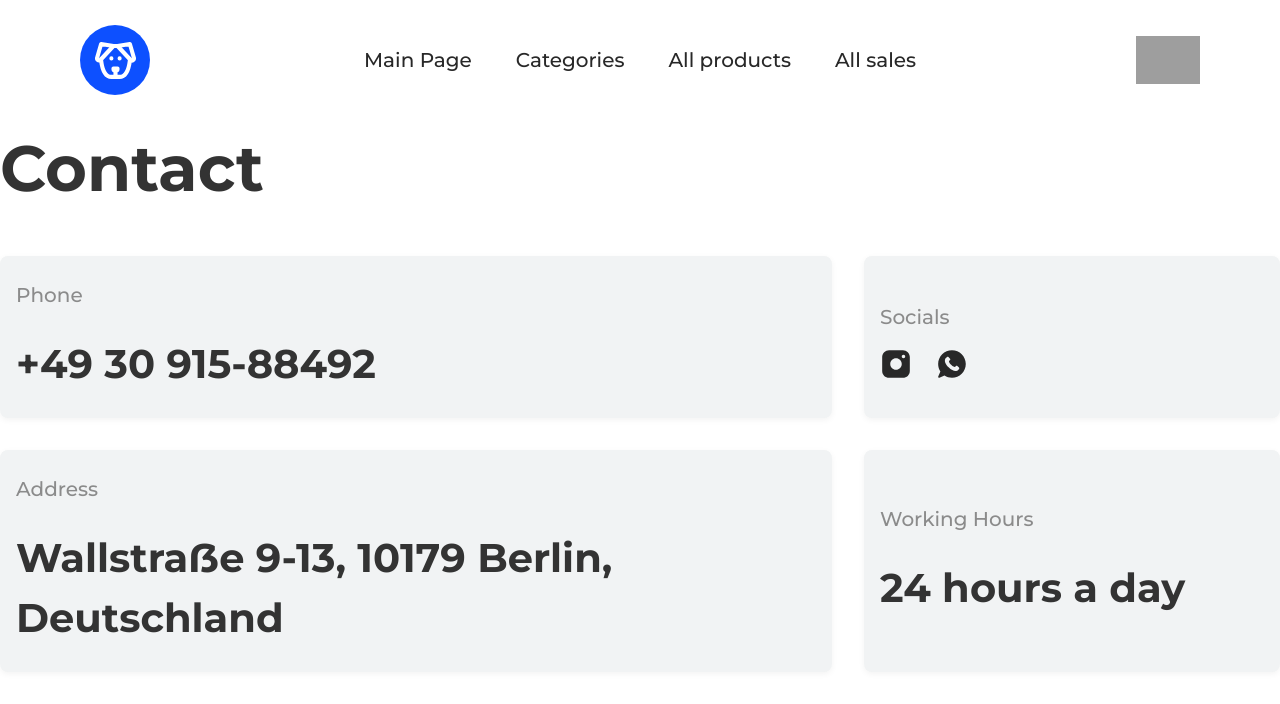
Repository: jursylian/PET-INTERNET-SHOP-PROJECT
Page: /categories
The author's editor kept a copy of each file at every save. The page is drawn from the files as they stood at one save, then again after the next save.
The browser window is 1280 px wide. The pictures show the part of the page from y = 0 to 704 px (the page is 1064 px tall before and 840 px after).
Pictures or frames that could not be fetched are drawn as grey boxes. The page's requests for data from a server got no answer. The project was rebuilt for these pictures with package versions that can differ from the ones it lists, and the page was loaded fresh each time. No one was signed in, and anything a server would have sent is missing. Also part of the build but not shown: vite.config.js, src/pages/Categories/Categories.module.css, src/pages/Categories/Categories.jsx, src/components/PromoBanner/PromoBanner.module.css, src/components/PromoBanner/PromoBanner.jsx, src/components/DiscountForm/DiscountForm.module.css, src/components/DiscountForm/DiscountForm.jsx, src/components/Sales/Sales.module.css and 28 more.

Above is the page before, as saved 2025-11-05 23:57:31.

After the next save:
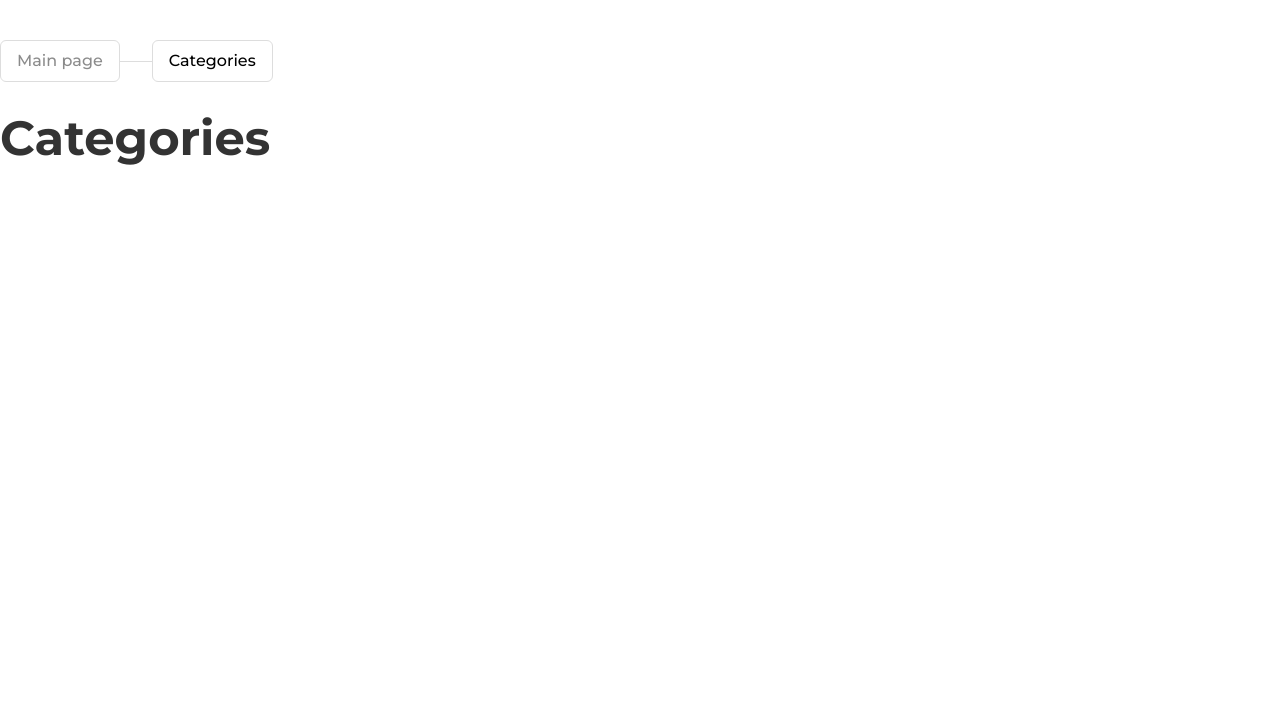
Saved 10 s later.
--- a/src/router/AppRouter.jsx
+++ b/src/router/AppRouter.jsx
@@ -1,28 +1,27 @@
 import { Routes, Route } from "react-router-dom";
-import MainLayout from "../layouts/MainLayout/MainLayout";
 
 import Home from "../pages/Home/Home";
 import CategoriesAll from "../pages/CategoriesAll/CategoriesAll";
 import AllProducts from "../pages/AllProducts/AllProducts";
 import ProductDescription from "../pages/ProductDescription/ProductDescription";
 import Cart from "../pages/Cart/Cart";
+import NotFound from "../pages/NotFound/NotFound";
 import AllSales from "../pages/AllSales/AllSales";
 import CategoryPage from "../pages/CategoryPage/CategoryPage";
-import NotFound from "../pages/NotFound/NotFound";
 
-export default function AppRouter() {
+function AppRouter() {
   return (
     <Routes>
-      <Route element={<MainLayout />}>
-        <Route path="/" element={<Home />} />
-        <Route path="/categories" element={<CategoriesAll />} />
-        <Route path="/categories/:categoryId" element={<CategoryPage />} />
-        <Route path="/discounts" element={<AllSales />} />
-        <Route path="/products" element={<AllProducts />} />
-        <Route path="/product/:productId" element={<ProductDescription />} />
-        <Route path="/cart" element={<Cart />} />
-        <Route path="*" element={<NotFound />} />
-      </Route>
+      <Route path="/" element={<Home />} />
+      <Route path="/categories" element={<CategoriesAll />} />
+      <Route path="/categories/:categoryId" element={<CategoryPage />} />
+      <Route path="/discounts" element={<AllSales />} />
+      <Route path="/products" element={<AllProducts />} />
+      <Route path="/product/:productId" element={<ProductDescription />} />
+      <Route path="/cart" element={<Cart />} />
+      <Route path="*" element={<NotFound />} />
     </Routes>
   );
 }
+
+export default AppRouter;
